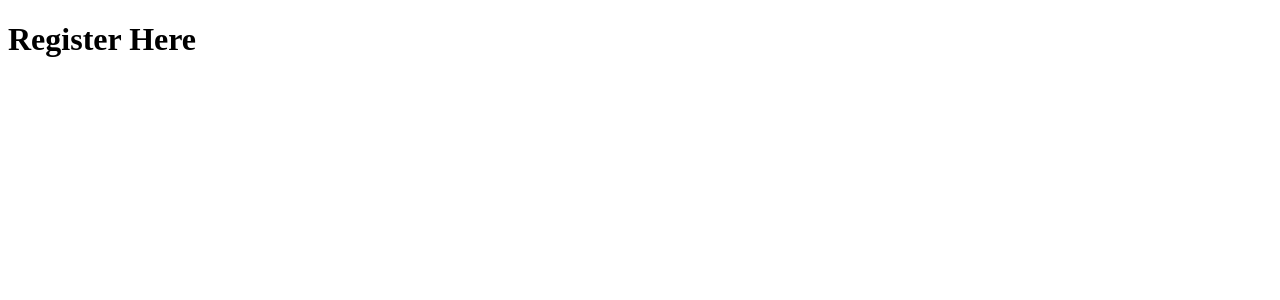
Repository: Yogi-Choudhary/Registration_From
Page: http://localhost/JavaWebApplication/jsp/register.jsp
An editor plug-in stored every save of this project. The page is shown before and after the next save, followed by the edit.
The browser window is 1280 px wide. The pictures show the whole page.
The page is served by Tomcat 9. Other server files are loaded and not shown.

Above is the page before, as saved 2019-09-25 11:18:35.

### JavaWebApplication/src/main/webapp/jsp/register.jsp
<%@ page language="java" contentType="text/html; charset=UTF-8"
    pageEncoding="UTF-8"%>
<!DOCTYPE html>
<html>
<head>
<meta charset="UTF-8">
<title>Insert title here</title>
</head>
<body>
  <h1>Register Here</h1>
</body>
</html>

After the next save:
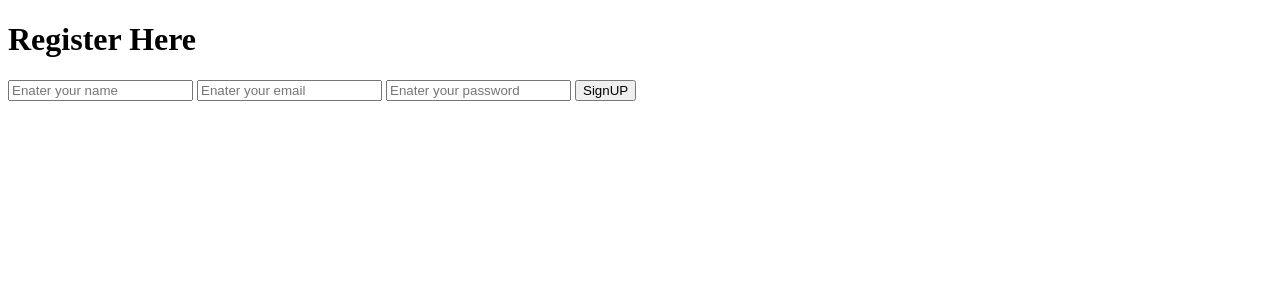
Saved 5 min 52 s later.
--- a/JavaWebApplication/src/main/webapp/jsp/register.jsp
+++ b/JavaWebApplication/src/main/webapp/jsp/register.jsp
@@ -8,5 +8,15 @@
 </head>
 <body>
   <h1>Register Here</h1>
+    <form action="Register" method="post">
+
+      <input type="text" name="name" placeholder="Enater your name"/>
+
+      <input type="text" name="email" placeholder="Enater your email"/>
+
+      <input type="text" name="password" placeholder="Enater your password"/>
+
+      <input type="submit" value="SignUP"/>
+    </form>
 </body>
 </html>
